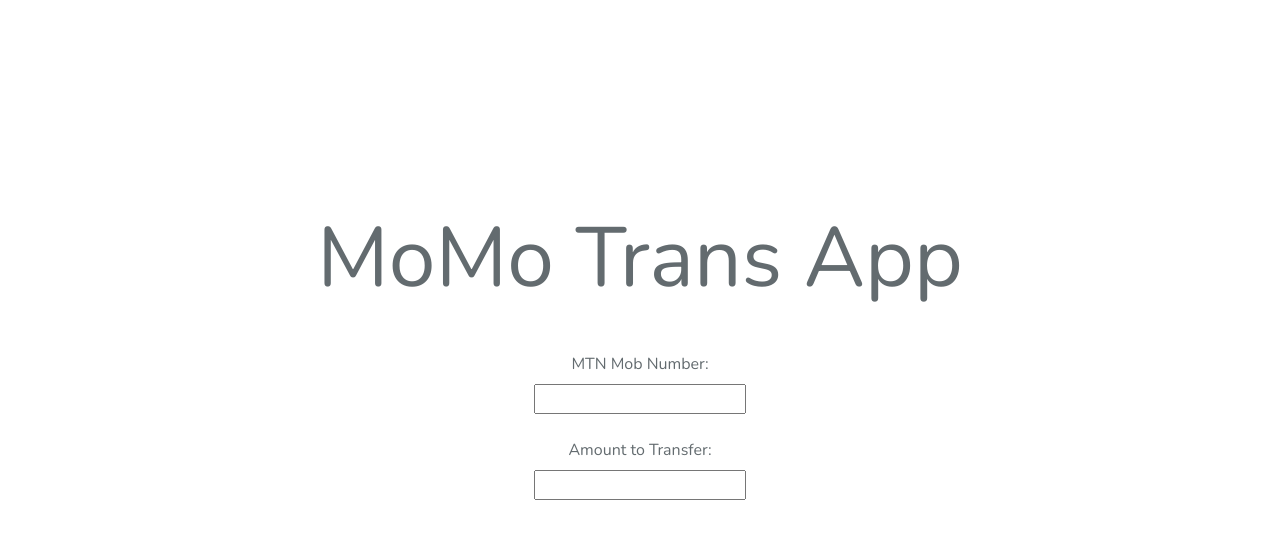
Repository: Vladmir-dev/Work
Page: http://localhost/send-money
These files come from the project's save history. The page is drawn as it stood at one moment and after the next save; the edit follows.
The browser window is 1280 px wide. The pictures show the whole page.
The page is served by the project's Laravel application, run on PHP 8.4 with Laravel 8. Other server files are loaded and not shown.

Above is the page before, as saved 2021-02-11 17:09:06.

### MoMo_Trans/routes/web.php
<?php

use App\Http\Controllers\transactionsController;
use Illuminate\Support\Facades\Route;

/*
|--------------------------------------------------------------------------
| Web Routes
|--------------------------------------------------------------------------
|
| Here is where you can register web routes for your application. These
| routes are loaded by the RouteServiceProvider within a group which
| contains the "web" middleware group. Now create something great!
|
*/

Route::get('/', function () {
    return view('index');
});

Route::get('/send-money', function () {
    return view('sendMoney');
})->name('sendMoney');

Route::POST('paymomo', 'transactionsController@paymomo')->name('paymomo');

### MoMo_Trans/resources/views/SendMoney.blade.php
<!DOCTYPE html>
<html lang="{{ str_replace('_', '-', app()->getLocale()) }}">

<head>
    <meta charset="utf-8">
    <meta name="viewport" content="width=device-width, initial-scale=1">
    <meta name="csrf-token" content="{{ csrf_token() }}">

    <title>Laravel</title>

    <!-- Fonts -->
    <script src="{{ asset('assets/js/jquery-3.2.1.js') }}"></script>
    <link href="https://fonts.googleapis.com/css2?family=Nunito:wght@200;600&display=swap" rel="stylesheet">
    <link rel="stylesheet" href="https://stackpath.bootstrapcdn.com/bootstrap/4.5.2/css/bootstrap.min.css">
    <script src="https://stackpath.bootstrapcdn.com/bootstrap/4.5.2/js/bootstrap.min.js"></script>
    <link href='{{ asset('assets/css/style.css') }}' rel='stylesheet' type='text/css'>
    <!-- Styles -->
    <style>
        html,
        body {
            background-color: #fff;
            color: #636b6f;
            font-family: 'Nunito', sans-serif;
            font-weight: 200;
            height: 100vh;
            margin: 0;
        }

        .full-height {
            height: 100vh;
        }

        .flex-center {
            align-items: center;
            display: flex;
            justify-content: center;
        }

        .position-ref {
            position: relative;
        }

        .top-right {
            position: absolute;
            right: 10px;
            top: 18px;
        }

        .content {
            text-align: center;
        }

        .title {
            font-size: 84px;
        }

        .links>a {
            color: #636b6f;
            padding: 0 25px;
            font-size: 13px;
            font-weight: 600;
            letter-spacing: .1rem;
            text-decoration: none;
            text-transform: uppercase;
        }

        .m-b-md {
            margin-bottom: 30px;
        }

    </style>




</head>

<body>
    <div class="flex-center position-ref full-height">

        <div class="content">
            <div class="title m-b-md">
                MoMo Trans App
            </div>

            <div class="links">
                <form id="myForm" name="myForm" action="{{ route('paymomo') }}" class="form-outer">
                    <label>MTN Mob Number:</label><br>
                    <input type='text' id='speechText' name="amount"> <br> <br>
                    <label>Amount to Transfer:</label><br>
                    <input type="text" name="momo_amount" id='momo_amount'> <br> <br>
                </form>
            </div>
        </div>
    </div>
</body>

<script type='text/javascript'>
    var recognition = new webkitSpeechRecognition();
    recognition.onresult = function(event) {
        // console.log('result');
        var saidText = "";
        for (var i = event.resultIndex; i < event.results.length; i++) {
            if (event.results[i].isFinal) {
                saidText = event.results[i][0].transcript;
            } else {
                saidText += event.results[i][0].transcript;
            }
        }

        document.getElementById('speechText').value = saidText;
        saveSaid = saidText;
    }

    var amountRecognition = new webkitSpeechRecognition();
    amountRecognition.onresult = function(event2) {
        // console.log('result');
        var saidAmount = "";
        for (var i2 = event2.resultIndex; i2 < event2.results.length; i2++) {
            if (event2.results[i2].isFinal) {
                saidAmount = event2.results[i2][0].transcript;
            } else {
                saidAmount += event2.results[i2][0].transcript;
            }
        }

        document.getElementById('momo_amount').value = saidAmount;
        saveSaid = saidAmount;
    }

    var conv_number = window.st;
    // var ns_number = document.write(m_number.replace(/\s/g, '') );
    // var conv_number = parseFloat(ns_number);

    var conv_amount = window.sa;
    // var ns_amount = document.write(amount.replace(/\s/g, '') );
    // var conv_amount = parseFloat(ns_amount);

    const speakout = new SpeechSynthesisUtterance(
        'What\'s the number that you want to send money to?'
    );

    speakout.rate = 2.0;
    speechSynthesis.speak(speakout)
    speakout.onend = function() {
        var listenAudio = new Audio('http://127.0.0.1:8000/assets/audio/listening.mp3');
        listenAudio.play();
        setTimeout(function() {
            recognition.start();
            setTimeout(function() {
                recognition.onend = function() {
                    var listenAudio1 = new Audio('http://127.0.0.1:8000/assets/audio/listening.mp3');
                    listenAudio1.play();
                };

                setTimeout( function() {
                    const amountSpeakOut = new SpeechSynthesisUtterance(
                        'How much do you wish to send'
                    );
                    amountSpeakOut.rate = 2.0;
                    speechSynthesis.speak(amountSpeakOut)
                    amountSpeakOut.onend = function() {
                        var listenAudio2 = new Audio('http://127.0.0.1:8000/assets/audio/listening.mp3');
                        listenAudio2.play();
                        setTimeout(function () {
                            amountRecognition.start();
                            setTimeout( function(){
                                amountRecognition.onend = function() {
                                    var listenAudio3 = new Audio('http://127.0.0.1:8000/assets/audio/listening.mp3');
                                    listenAudio3.play();


                                    setTimeout( function() {

                                        console.log(document.getElementById('speechText').value);
                                        console.log(document.getElementById('momo_amount').value);
                                        var numm = ""+document.getElementById('speechText').value+"";
                                        var ns_number = numm.split(" ").join("");
                                        var amtt = ""+document.getElementById('momo_amount').value+"";
                                        var ns_amt = amtt.split(" ").join("");
                                        // var conv_number = Number(ns_number);
                                        console.log(ns_number);
                                        console.log(ns_amt);
                                            $.ajaxSetup({
                                                headers: {
                                                    'X-CSRF-TOKEN': $('meta[name="csrf-token"]').attr(
                                                        'content')
                                                }
                                            });
                                            let myForm = document.getElementById('myForm');
                                            let formData = new FormData(myForm);
                                            formData.append('s_amount', ns_amt);
                                            formData.append('s_number', ns_number);
                                            // console.log(formData);
                                            $.ajax({
                                                type: 'POST',
                                                url: "{{ route('paymomo') }}",
                                                data: formData,
                                                cache: false,
                                                contentType: false,
                                                processData: false,
                                                success: function(data) {

                                                    console.log('Success', data);

                                                },
                                                error: function(data) {
                                                    console.log('Error:', data);
                                                }
                                            });


                                    }, 2100);


                                };
                            }, 2100);
                        }, 2000);
                    }
                }, 1700);

                // setTimeout(function() {
                //     var number = document.getElementById('speechText').value;
                //     var ns_number = document.write( number.replace(/\s/g, '') );
                //     var conv_number = parseFloat(ns_number);
                //     console.log(conv_number);

                //     // if (typeof conv_amount == 'number') {
                //     //     // console.log('yeyyy!');
                //     //     $.ajaxSetup({
                //     //         headers: {
                //     //             'X-CSRF-TOKEN': $('meta[name="csrf-token"]').attr(
                //     //                 'content')
                //     //         }
                //     //     });
                //     //     let myForm = document.getElementById('myForm');
                //     //     let formData = new FormData(myForm);
                //     //     formData.append('s_amount', conv_amount);
                //     //     // console.log(formData);
                //     //     $.ajax({
                //     //         type: 'POST',
                //     //         url: "{{ route('paymomo') }}",
                //     //         data: formData,
                //     //         cache: false,
                //     //         contentType: false,
                //     //         processData: false,
                //     //         success: function(data) {

                //     //             console.log('Success', data);

                //     //         },
                //     //         error: function(data) {
                //     //             console.log('Error:', data);
                //     //         }
                //     //     });
                //     // } else {
                //     //     console.log('Please Enter a Number!');
                //     // }

                // }, 7700);



            }, 8600);
        }, 1000);

    };


    // function startRecording() {
    //     recognition.start();
    // }

    // Search Posts
    // function searchPosts(saidText) {

    // 	$.ajax({
    // 		url: 'getData.php',
    // 		type: 'post',
    // 		data: { speechText: saidText },
    // 		success: function (response) {
    // 			$('.container').empty();
    // 			$('.container').append(response);
    // 		}
    // 	});
    // }

</script>

</html>

### MoMo_Trans/public/assets/css/style.css
.search_container{
    margin: 0 auto;
    width: 55%;
}

.search_container #speechText{
    width: 80%;
    padding-top: 5px;
    padding-bottom: 5px;
}

.search_container #start{
    padding-top: 5px;
    padding-bottom: 5px;
}

.container{
    width: 55%;
    margin: 0 auto;
    border: 0px solid black;
    padding: 10px 0px;
}

/* post */
.post{
    width: 97%;
    min-height: 200px;
    padding: 5px;
    border: 1px solid gray;
    margin-bottom: 15px;
}

.post h1{
    letter-spacing: 1px;
    font-weight: normal;
    font-family: sans-serif;
}


.post p{
    letter-spacing: 1px;
    text-overflow: ellipsis;
    line-height: 25px;
}

/* more link */
.more{
    color: blue;
    text-decoration: none;
    letter-spacing: 1px;
    font-size: 16px;
}

Loaded but not shown: MoMo_Trans/public/assets/js/jquery-3.2.1.js (library)

After the next save:
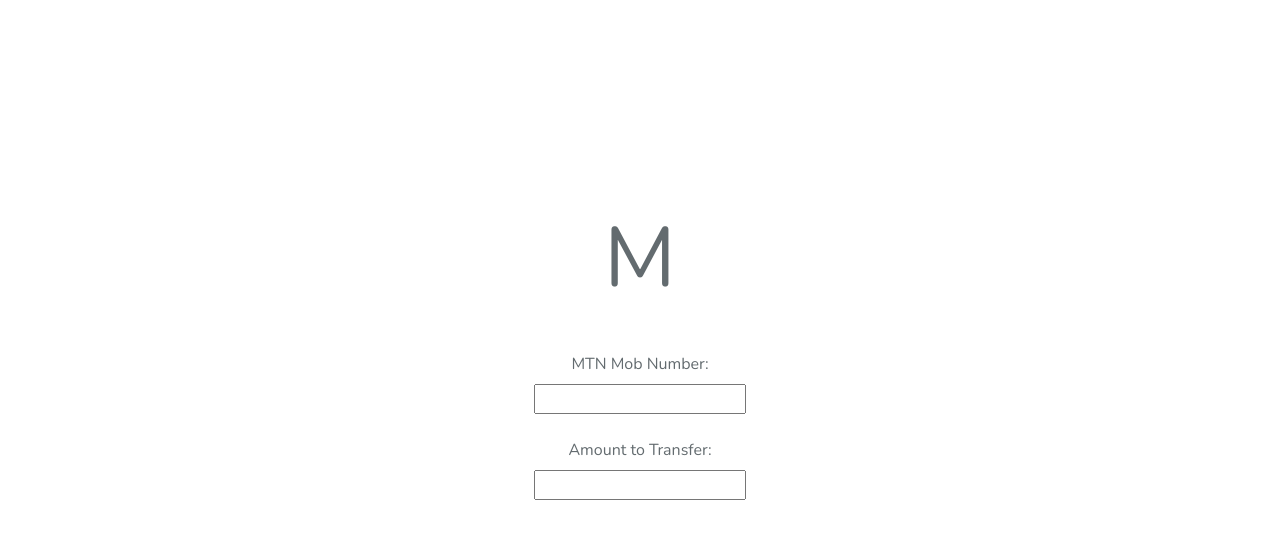
Saved 13 s later.
--- a/MoMo_Trans/resources/views/SendMoney.blade.php
+++ b/MoMo_Trans/resources/views/SendMoney.blade.php
@@ -80,7 +80,7 @@
 
         <div class="content">
             <div class="title m-b-md">
-                MoMo Trans App
+                M
             </div>
 
             <div class="links">
